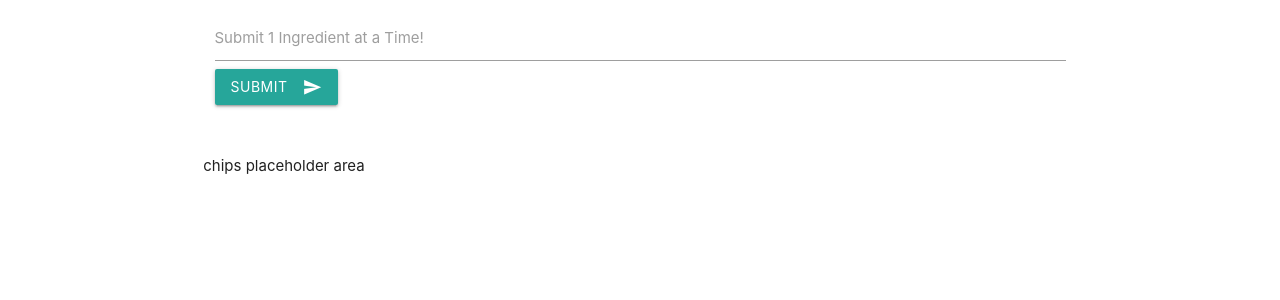
Repository: Aaron-R-Carter/Project1
Page: prototype.html
An editor plug-in stored every save of this project. The page is shown before and after the next save, followed by the edit.
The browser window is 1280 px wide. The pictures show the whole page.

Above is the page before, as saved 2019-11-02 13:19:14.

### prototype.html
<!DOCTYPE html>
<html>

<head>
    <!--Import Google Icon Font-->
    <link href="https://fonts.googleapis.com/icon?family=Material+Icons" rel="stylesheet">
    <!--Import materialize.css-->
    <link rel="stylesheet" href="https://cdnjs.cloudflare.com/ajax/libs/materialize/1.0.0/css/materialize.min.css">
    <link rel="stylesheet" href="./prototype.css">
    <!--Let browser know website is optimized for mobile-->
    <meta name="viewport" content="width=device-width, initial-scale=1.0" />

</head>

<body>
    <div class="container" id="main-forms-container">
        <div class="row" id="form-row">
            <form class="col s12" id="form-column">
                <div class="input-field col s12">
                    <!-- <i class="material-icons prefix">textsms</i> -->
                    <input type="text" id="ingredients-input" class="autocomplete">
                    <label for="autocomplete-input">Submit 1 Ingredient at a Time!</label>
                <br>
                    <button class="btn waves-effect waves-light" type="submit" name="action">Submit
                    <i class="material-icons right">send</i>
                </button>

                </div>
            </form>
        </div>
        <div class="row" id="chips-row">
            <div class="col s12" id="chips-column">
                <p>chips placeholder area</p>
            </div>
        </div>

        <div class="row" id="submit-row">
            <div class="col s12" id="submit-column">

            </div>
        </div>
    </div>

    <script src="https://code.jquery.com/jquery-3.4.1.min.js"
        integrity="sha256-CSXorXvZcTkaix6Yvo6HppcZGetbYMGWSFlBw8HfCJo=" crossorigin="anonymous"></script>
    <script src="https://cdnjs.cloudflare.com/ajax/libs/materialize/1.0.0/js/materialize.min.js"></script>
    <script src="./prototype.js"></script>

</body>

</html>

### prototype.css
#form-page {
    width: 100%;
}

.label {
    font-size: 15px;
}

### Prototype.js
var form = $("#form-column");
var input = $("#ingredients-input");
var chipsColumn = $("#chips-column");
var ingredientsArray= [];
// var ingredientsString = ingredientsArray.join();


form.on("submit", function(event){
   event.preventDefault();
   var inputVal = input.val();
   // console.log(inputVal);
   ingredientsArray.push(inputVal);
   console.log(ingredientsArray);
   // console.log(ingredientsString);
   input.val("");
   renderChips();
});
function renderChips(){
   //create html element;
   var chipsColumn = $("#chips-Column");
   chipsColumn.text(`<div><p>${input.val()}</p></div>`);


}

After the next save:
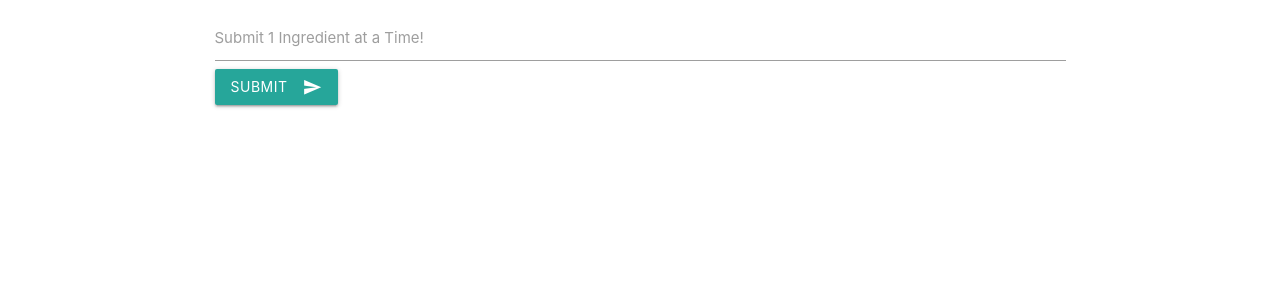
Saved 26 s later.
--- a/prototype.html
+++ b/prototype.html
@@ -30,7 +30,8 @@
         </div>
         <div class="row" id="chips-row">
             <div class="col s12" id="chips-column">
-                <p>chips placeholder area</p>
+
+
             </div>
         </div>
 
